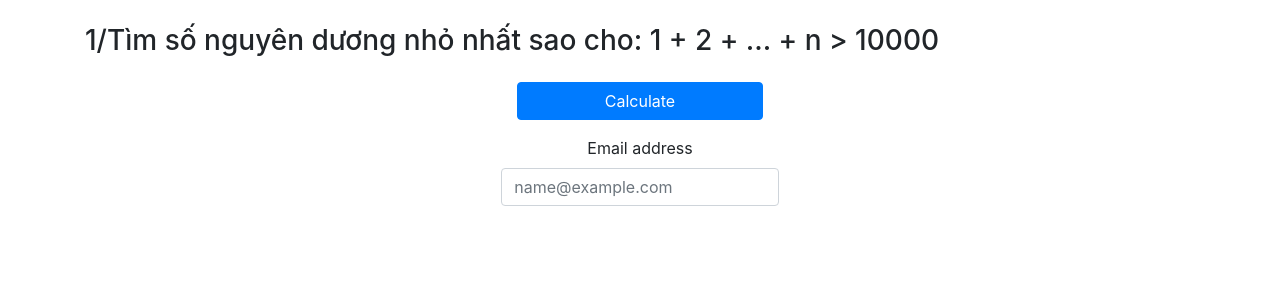
Repository: baobaodeveloper/bootcamp21__loop__HuynhAnhBao
Page: index.html
An editor plug-in stored every save of this project. The page is shown before and after the next save, followed by the edit.
The browser window is 1280 px wide. The pictures show the whole page.

Above is the page before, as saved 2022-03-16 22:58:21.

After the next save:
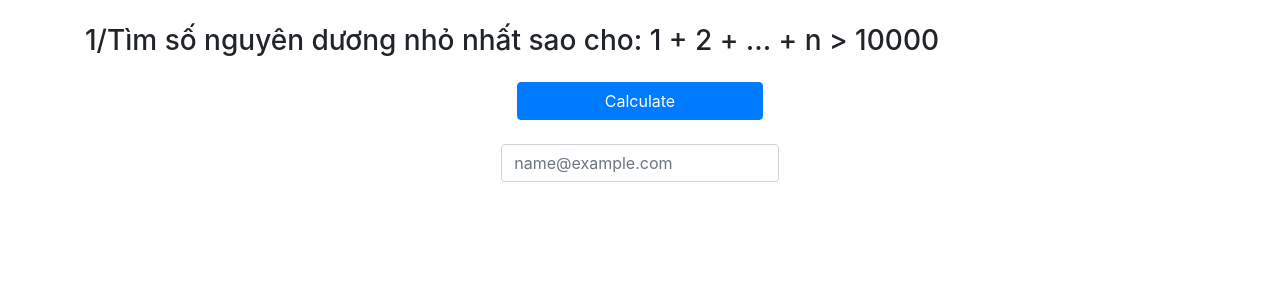
Saved 10 s later.
--- a/index.html
+++ b/index.html
@@ -26,13 +26,10 @@
         <button type="button" id="min-number" class="btn btn-primary m-3">
           Calculate
         </button>
-        <label for="exampleFormControlInput1" class="form-label"
-          >Email address</label
-        >
+        <label for="exampleFormControlInput1" class="form-label"></label>
         <input
           type="email"
           class="form-control"
-          id="exampleFormControlInput1"
           placeholder="name@example.com"
         />
       </div>
